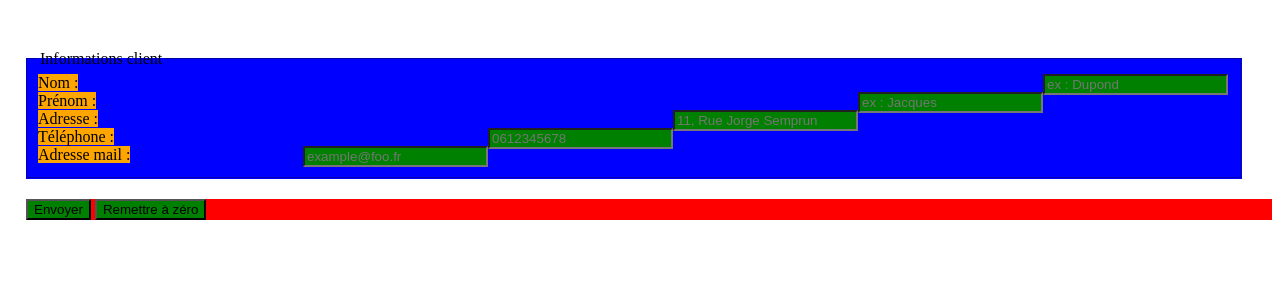
Repository: big73/NFE114
Page: http://localhost/Seance4-step1/
The author's editor kept a copy of each file at every save. The page is drawn from the files as they stood at one save, then again after the next save.
The browser window is 1280 px wide. The pictures show the whole page.
The page is served by Tomcat 9.

Above is the page before, as saved 2015-12-30 14:43:46.

After the next save:
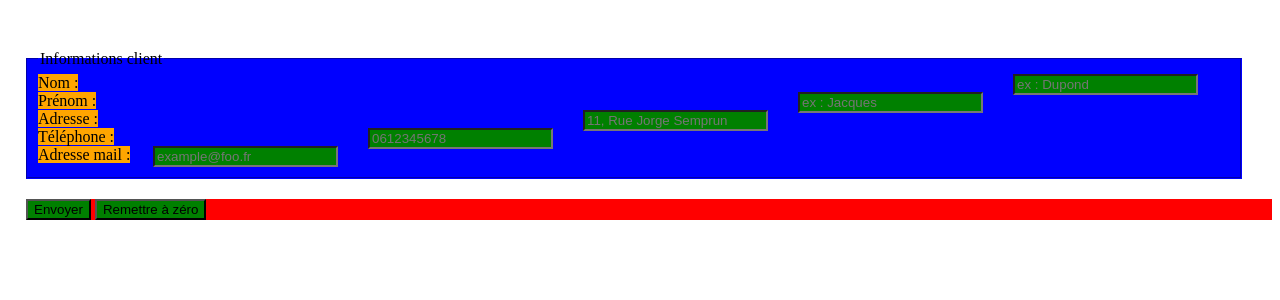
Saved 64 s later.
--- a/Seance4-step1/WebContent/css/style.css
+++ b/Seance4-step1/WebContent/css/style.css
@@ -24,6 +24,7 @@
 .saisie
 {
 	float : right;
+	margin-right : 30px;
 }
 
 label

After the save that followed:
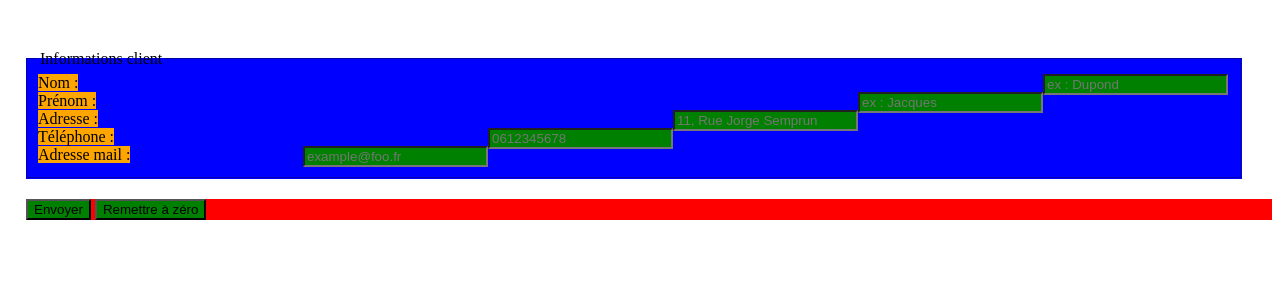
Saved 23 s later.
--- a/Seance4-step1/WebContent/css/style.css
+++ b/Seance4-step1/WebContent/css/style.css
@@ -24,7 +24,7 @@
 .saisie
 {
 	float : right;
-	margin-right : 30px;
+	r;position: cente
 }
 
 label
